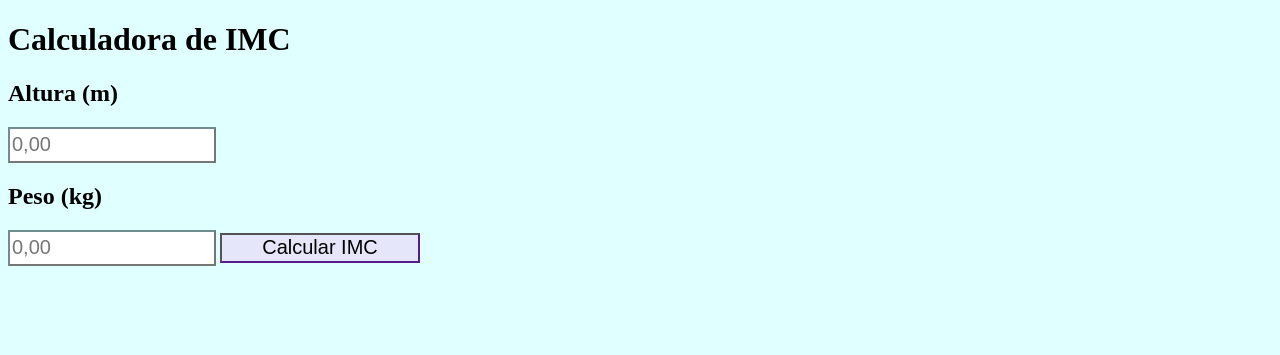
Repository: DeboraGuerra/programacaoWeb
Page: projetos-java/Desafio03/WebContent/index.htm
The author's editor kept a copy of each file at every save. The page is drawn from the files as they stood at one save, then again after the next save.
The browser window is 1280 px wide. The pictures show the whole page.

Above is the page before, as saved 2020-03-23 23:55:43.

### projetos-java/Desafio03/WebContent/index.htm
<!DOCTYPE html>

<html>

	<head>
		<meta charset="UTF-8">
		<title>Calculadora de IMC</title>
		<link rel="stylesheet" href="style.css">
	</head>

	<body style="background-color:#e0ffff">
		<form method="get" action="imc" name="formIMC">

			<h1>Calculadora de IMC</h1>

			<h2>Altura (m)</h2>
			<input type="number" class="caixa" name="altura" required="required"
			 placeholder="0,00" step="0.01" min=0>


			<h2>Peso (kg)</h2>
			<input type="number" class="caixa" name="peso" required="required"
			 placeholder="0,00" step="0.01" min=0>


			<input type="submit" class="botao" value="Calcular IMC">

		</form>
	</body>

</html>

### projetos-java/Desafio03/WebContent/style.css
@charset "UTF-8";

.caixa {
    width: 200px;
    height: 30px;
    font-size: 20px;
    border-top-color: #b0e0e6;
    border-left-color: #b0e0e6;
}

.botao {
    background-color: #e6e6fa;
    width: 200px;
    height: 30px;
    font-size: 20px;
    border-right-color: #8a2be2;
    border-bottom-color: #8a2be2;
}

After the next save:
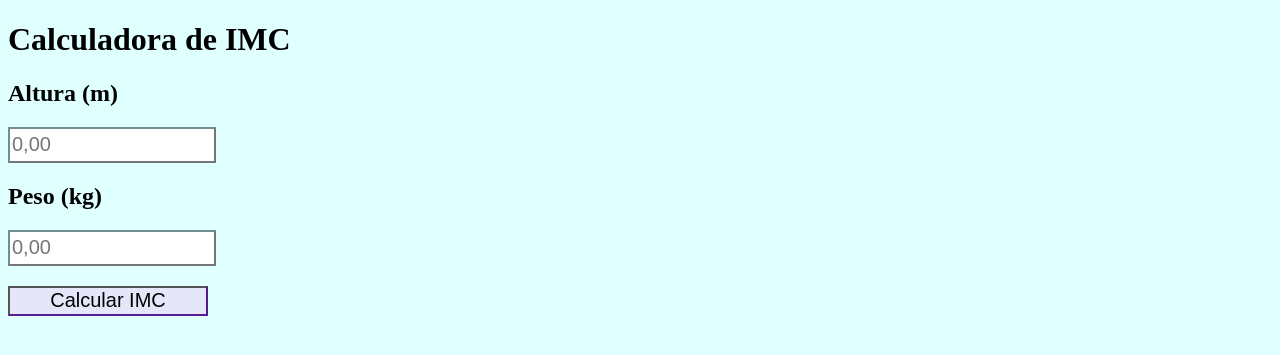
Saved 55 s later.
--- a/projetos-java/Desafio03/WebContent/index.htm
+++ b/projetos-java/Desafio03/WebContent/index.htm
@@ -22,7 +22,7 @@
 			<input type="number" class="caixa" name="peso" required="required"
 			 placeholder="0,00" step="0.01" min=0>
 
-
+			<h2></h2>
 			<input type="submit" class="botao" value="Calcular IMC">
 
 		</form>
